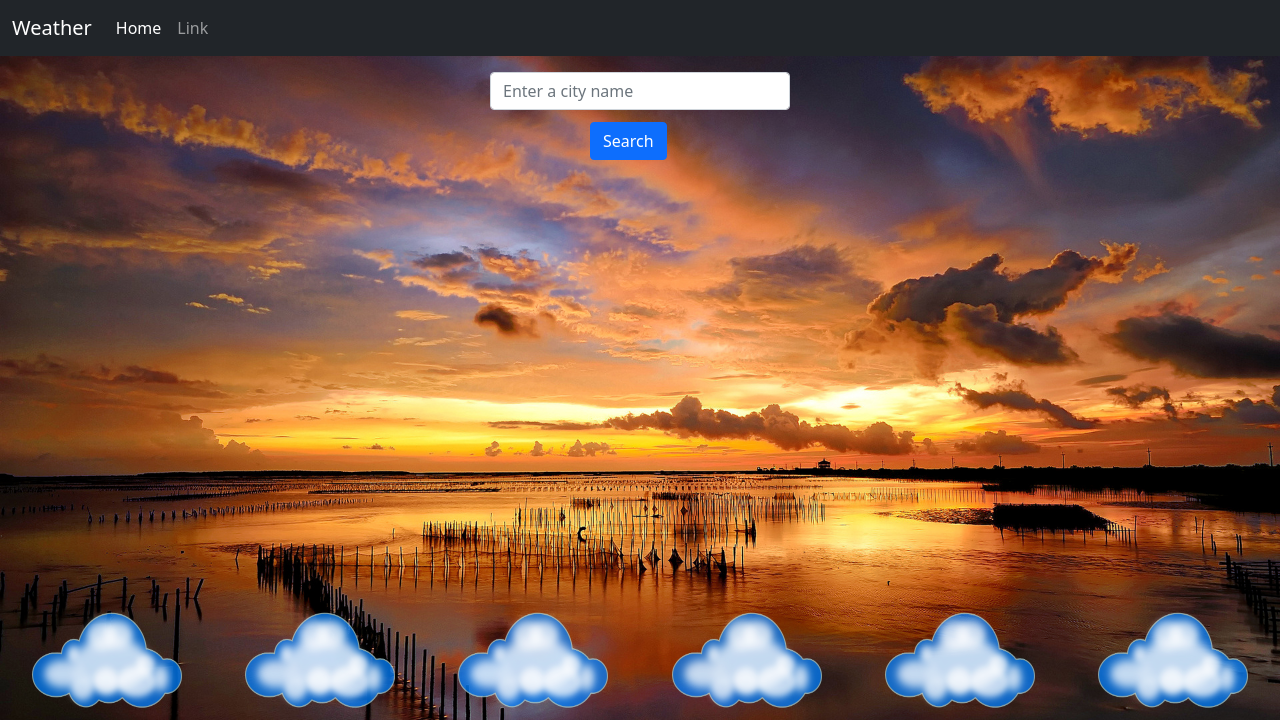
Repository: rohitbharti258/Project_Weather_finder
Page: index.html
An editor plug-in stored every save of this project. The page is shown before and after the next save, followed by the edit.
The browser window is 1280 px wide. The pictures show the whole page.

Above is the page before, as saved 2022-02-28 12:56:39.

After the next save:
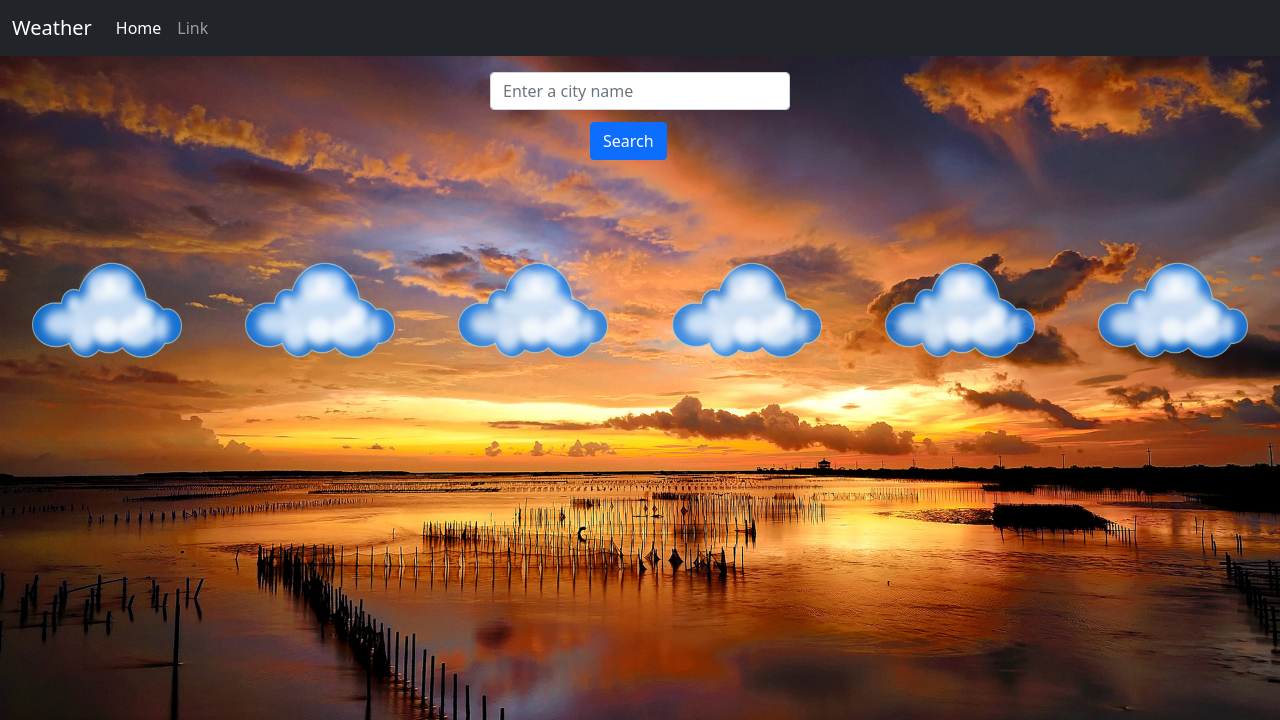
Saved 41 s later.
--- a/style.css
+++ b/style.css
@@ -17,7 +17,7 @@
     justify-content: space-around;
     align-items: center;
     position: absolute;
-    bottom:10px;
+    bottom:50%;
     min-width:100%;
 }
 .cloud img{

After the 2 saves that followed:
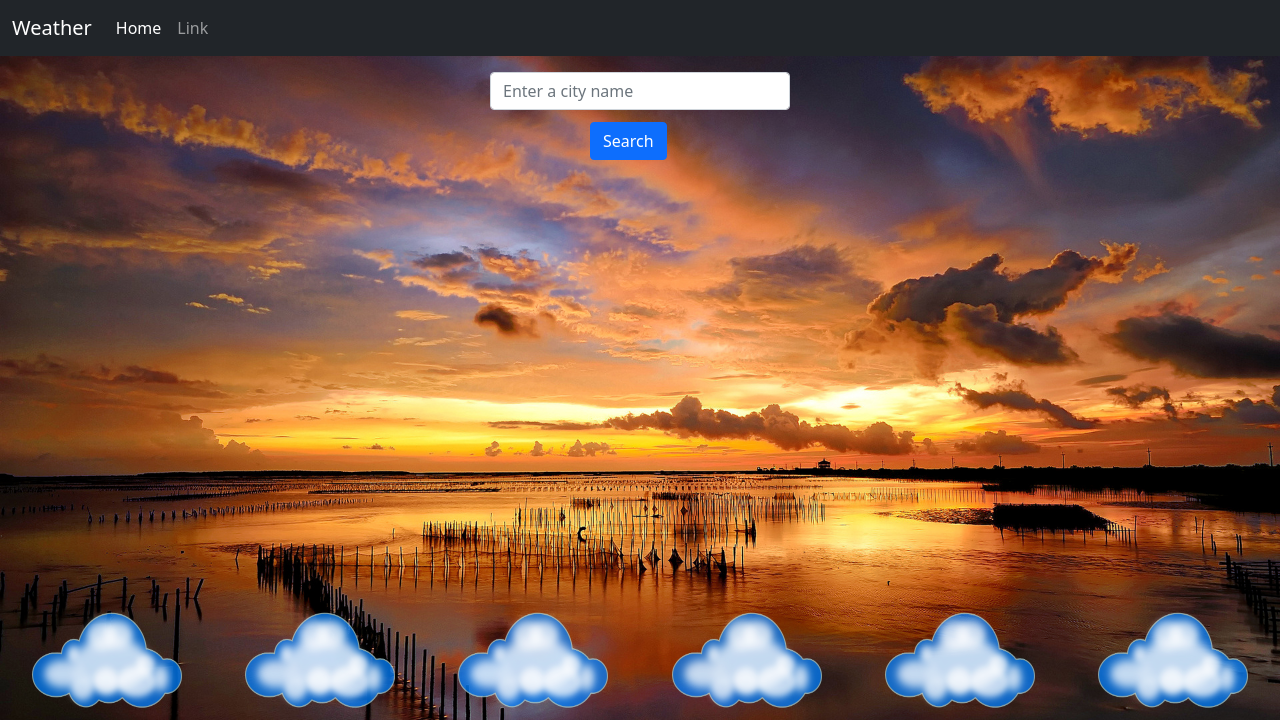
The 2 saves are shown as one change because 1 left the picture as it was.
The last was saved 23 s later.
--- a/style.css
+++ b/style.css
@@ -17,7 +17,7 @@
     justify-content: space-around;
     align-items: center;
     position: absolute;
-    bottom:50%;
+    bottom:10px;
     min-width:100%;
 }
 .cloud img{
@@ -29,6 +29,7 @@
     width: 235px;
     height: 300px;
     margin: 0 auto;
+    z-index: 1000;
 }
 
 .Box {
